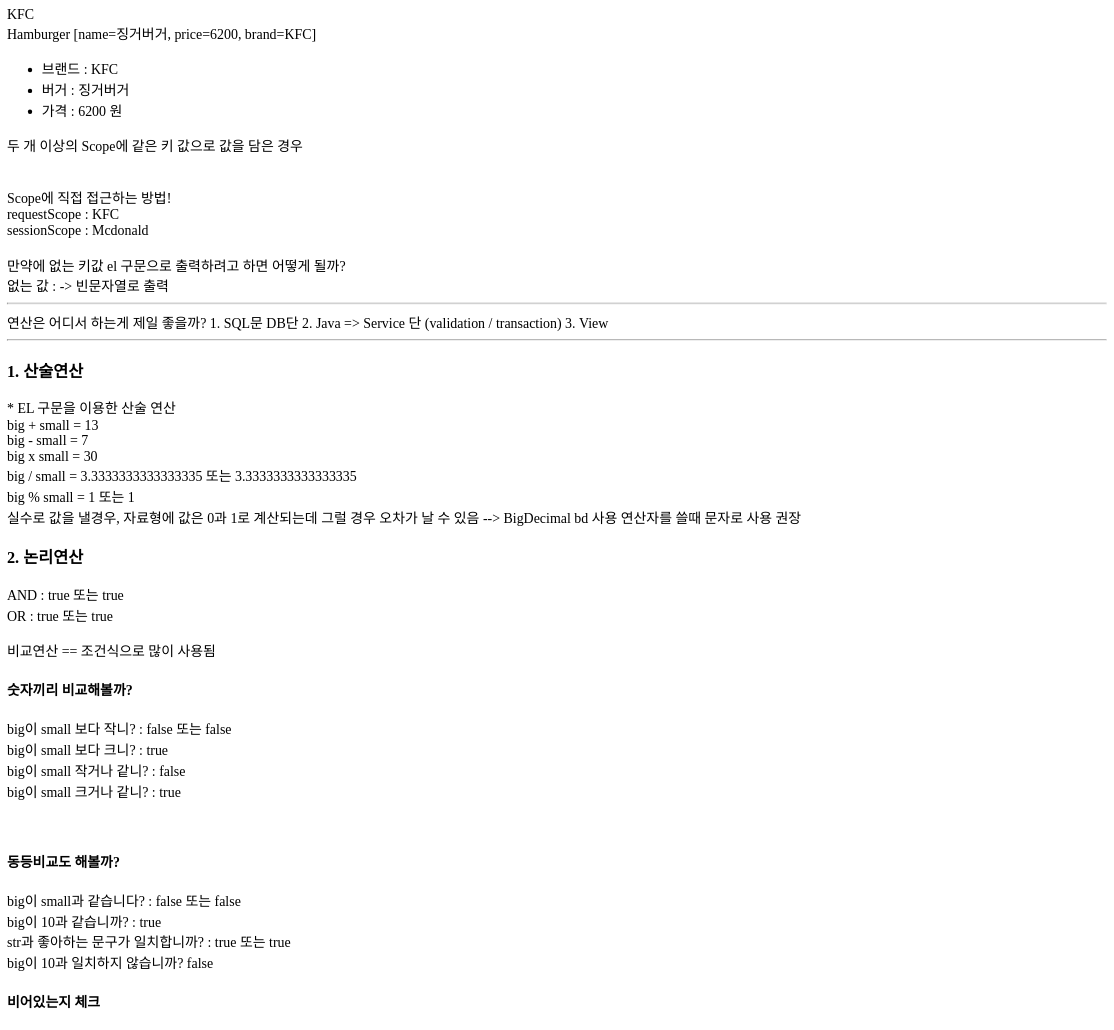
Repository: parkjin-sol/web-workplace
Page: http://localhost/McdonaldProject/sc
The author's editor kept a copy of each file at every save. The page is drawn from the files as they stood at one save, then again after the next save.
The browser window is 1280 px wide. The pictures show the whole page, at 87% of full size.
The page is served by Tomcat 9.

Above is the page before, as saved 2025-03-11 02:19:18.

After the next save:
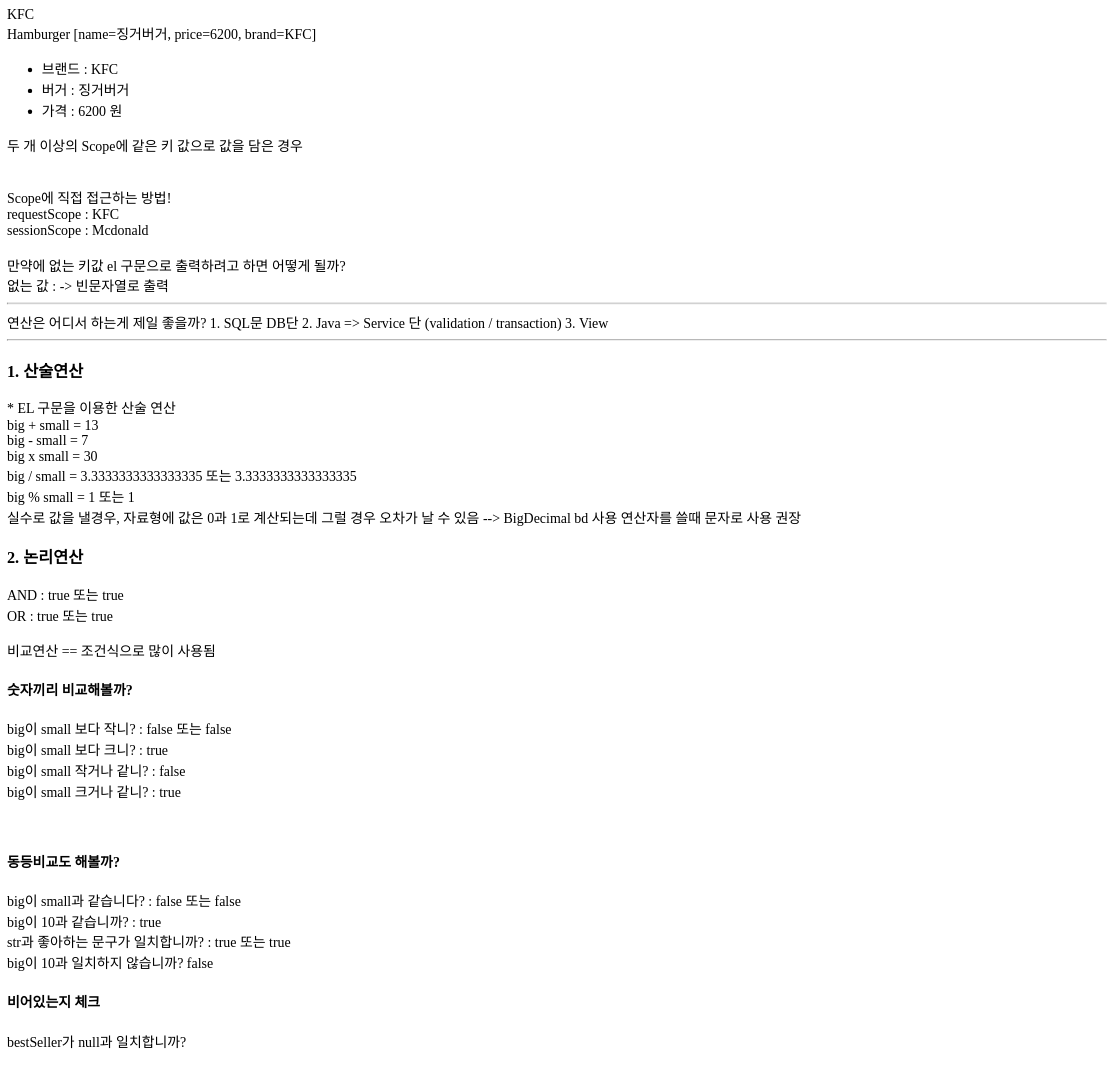
Saved 29 s later.
--- a/McdonaldProject/src/main/webapp/WEB-INF/views/print.jsp
+++ b/McdonaldProject/src/main/webapp/WEB-INF/views/print.jsp
@@ -95,6 +95,8 @@
 	 <h4>비어있는지 체크</h4>
 
 	 <p>
+	 	bestSeller가 null과 일치합니까? <br>
+	 </p>
 
 
 
